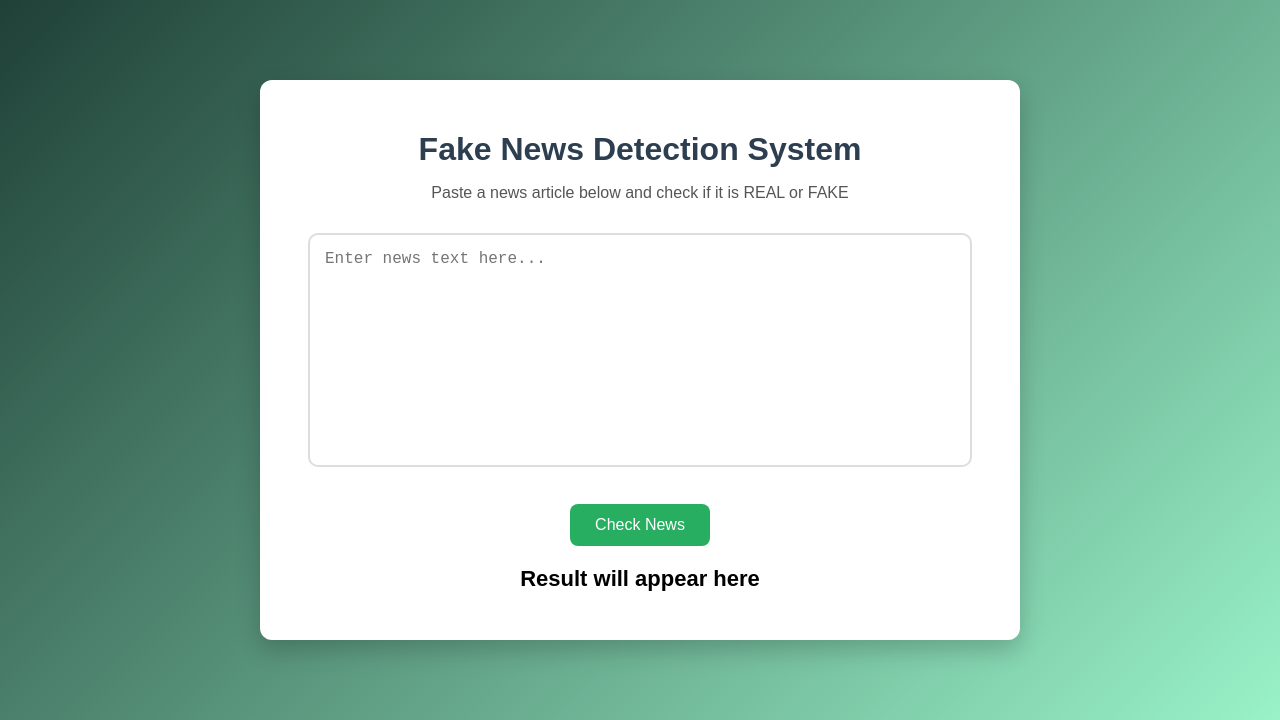
Repository: abrahamnayipoan/fake-news-detector
Page: frontend/index.html
An editor plug-in stored every save of this project. The page is shown before and after the next save, followed by the edit.
The browser window is 1280 px wide. The pictures show the whole page.

Above is the page before, as saved 2026-05-22 12:17:36.

### frontend/index.html
<!DOCTYPE html>
<html lang="en">
<head>
    <meta charset="UTF-8">

    <!-- Mobile responsive fix -->
    <meta name="viewport" content="width=device-width, initial-scale=1.0">

    <title>Fake News Detection System</title>

    <!-- CSS file -->
    <link rel="stylesheet" href="style.css">
</head>

<body>

    <div class="container">

        <h1>Fake News Detection System</h1>

        <p>Paste a news article below and check if it is REAL or FAKE</p>

        <!-- Input box -->
        <textarea id="newsInput" placeholder="Enter news text here..."></textarea>

        <br><br>

        <!-- Button -->
        <button onclick="predictNews()">Check News</button>

        <!-- Result display -->
        <h2 id="result">Result will appear here</h2>

    </div>

    <!-- JavaScript file -->
    <script src="script.js"></script>

</body>
</html>

### frontend/style.css
/* Page background */
body {
    font-family: Arial, sans-serif;
    background: linear-gradient(135deg, #1f4037, #99f2c8);
    margin: 0;
    padding: 0;
    display: flex;
    justify-content: center;
    align-items: center;
    height: 100vh;
}

/* Main container */
.container {
    background: white;
    padding: 30px;
    width: 70%;
    max-width: 700px;
    border-radius: 12px;
    box-shadow: 0px 10px 25px rgba(0,0,0,0.2);
    text-align: center;
}

/* Title */
h1 {
    color: #2c3e50;
    margin-bottom: 10px;
}

/* Paragraph */
p {
    color: #555;
}

/* Textarea */
textarea {
    width: 90%;
    height: 200px;
    padding: 15px;
    font-size: 16px;
    border: 2px solid #ddd;
    border-radius: 10px;
    outline: none;
    margin-top: 15px;
    resize: none;
}

/* Button */
button {
    margin-top: 15px;
    padding: 12px 25px;
    font-size: 16px;
    background-color: #27ae60;
    color: white;
    border: none;
    border-radius: 8px;
    cursor: pointer;
    transition: 0.3s;
}

/* Button hover effect */
button:hover {
    background-color: #219150;
    transform: scale(1.05);
}

/* Result text */
#result {
    margin-top: 20px;
    font-size: 22px;
    font-weight: bold;
}

### frontend/script.js
async function predictNews() {
    const text = document.getElementById("newsInput").value;
    const result = document.getElementById("result");

    if (text.trim() === "") {
        result.innerText = "Please enter news text!";
        result.style.color = "red";
        return;
    }

    result.innerText = "Checking...";
    result.style.color = "blue";

    try {
        const response = await fetch("http://127.0.0.1:5000/predict", {
            method: "POST",
            headers: {
                "Content-Type": "application/json"
            },
            body: JSON.stringify({ text: text })
        });

        const data = await response.json();

        result.innerText = data.prediction;

        if (data.prediction.includes("FAKE")) {
            result.style.color = "red";
        } else {
            result.style.color = "green";
        }

    } catch (error) {
        console.log(error);
        result.innerText = "Backend not connected!";
        result.style.color = "orange";
    }
}

After the next save:
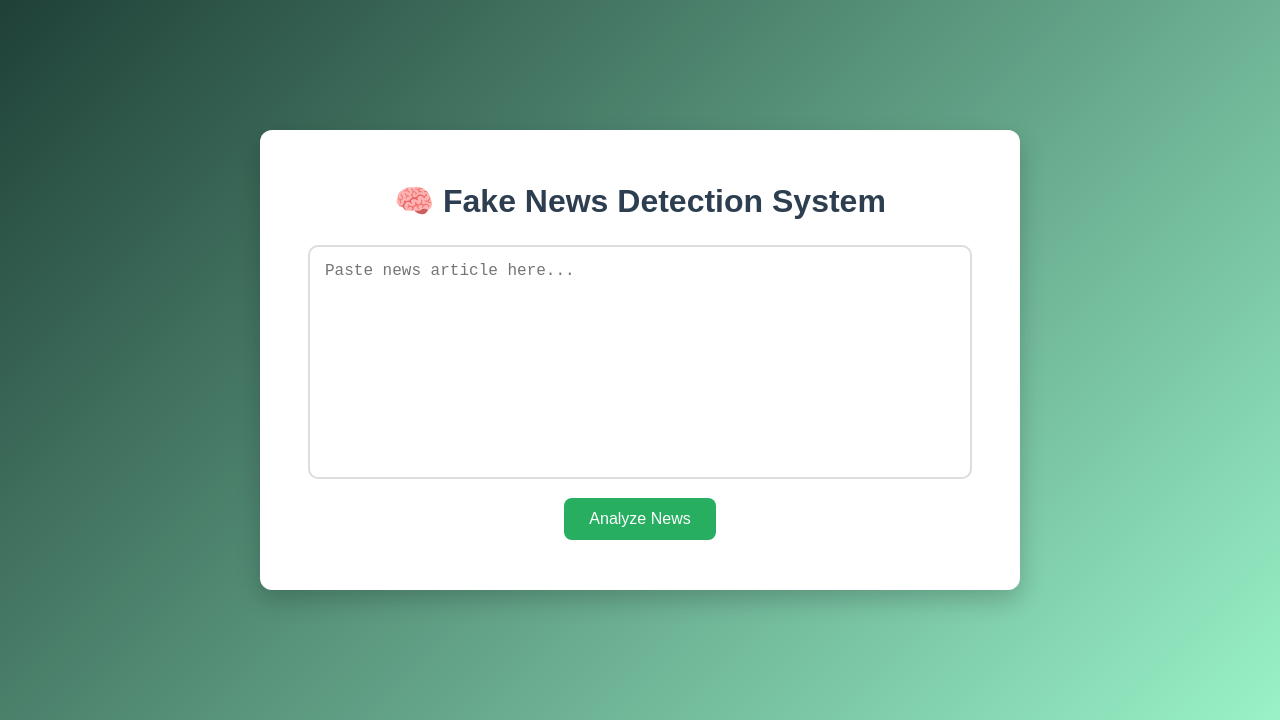
Saved 112 min 4 s later.
--- a/frontend/index.html
+++ b/frontend/index.html
@@ -1,40 +1,23 @@
 <!DOCTYPE html>
-<html lang="en">
+<html>
 <head>
-    <meta charset="UTF-8">
-
-    <!-- Mobile responsive fix -->
-    <meta name="viewport" content="width=device-width, initial-scale=1.0">
-
-    <title>Fake News Detection System</title>
-
-    <!-- CSS file -->
+    <title>Fake News Detector AI</title>
     <link rel="stylesheet" href="style.css">
 </head>
 
 <body>
 
-    <div class="container">
+<div class="container">
+    <h1>🧠 Fake News Detection System</h1>
 
-        <h1>Fake News Detection System</h1>
+    <textarea id="newsInput" placeholder="Paste news article here..."></textarea>
 
-        <p>Paste a news article below and check if it is REAL or FAKE</p>
+    <button onclick="predictNews()">Analyze News</button>
 
-        <!-- Input box -->
-        <textarea id="newsInput" placeholder="Enter news text here..."></textarea>
+    <h2 id="result"></h2>
+</div>
 
-        <br><br>
-
-        <!-- Button -->
-        <button onclick="predictNews()">Check News</button>
-
-        <!-- Result display -->
-        <h2 id="result">Result will appear here</h2>
-
-    </div>
-
-    <!-- JavaScript file -->
-    <script src="script.js"></script>
+<script src="script.js"></script>
 
 </body>
 </html>
